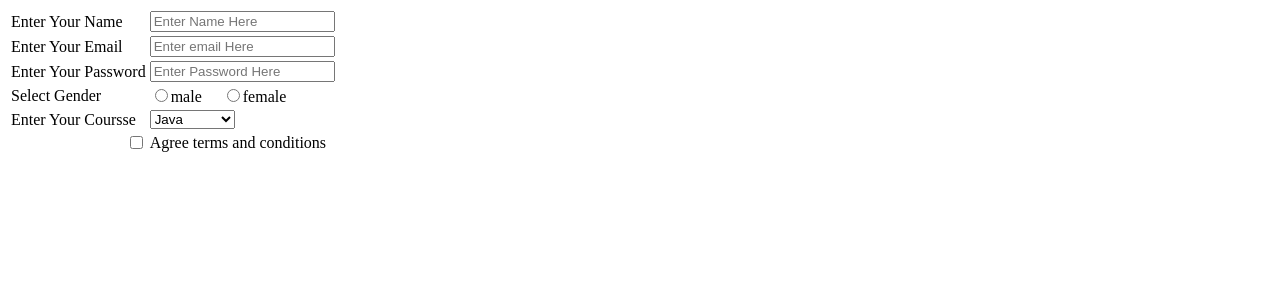
Repository: Attishgawali/JavaServletAndJSP
Page: DemoApp/src/main/webapp/form.html
The author's editor kept a copy of each file at every save. The page is drawn from the files as they stood at one save, then again after the next save.
The browser window is 1280 px wide. The pictures show the whole page.

Above is the page before, as saved 2023-07-01 17:16:28.

### DemoApp/src/main/webapp/form.html
<!DOCTYPE html>
<html>
<head>
<meta charset="UTF-8">
<title>Fill Form</title>
</head>
<body>
	<div class="form">
		<table>
			<tr>
				<td>Enter Your Name </td>
				<td><input type="text" name="studetn_name" placeholder="Enter Name Here"></td>
			</tr>

			<tr>
				<td>Enter Your Email </td>
				<td><input type="email" name="studetn_email" placeholder="Enter email Here"></td>
			</tr>

			<tr>
				<td>Enter Your Password </td>
				<td><input type="password" name="studetn_password" placeholder="Enter Password Here"></td>
			</tr>

			<tr>
				<td>Select Gender </td>
				<td><input type="radio" name="studetn_gender" value="male">male &nbsp; &nbsp; <input type="radio" name="studetn_gender" value="female">female</td>
			</tr>

			<tr>
				<td>Enter Your Coursse </td>
				<td>
					<select name="student_course">
						<option value="Java">Java</option>
						<option value="Python">Python</option>
						<option value="C++">C++</option>
						<option value="JavaScript">JavaScript</option>
					</select>
				</td>
			</tr>

			<tr>
				<td style="text-align: right">
					<input type="checkbox" value="checked" name="condition">
				</td>
				<td>
					Agree terms and conditions
				</td>
			</tr>
		</table>
	</div>

</body>
</html>

After the next save:
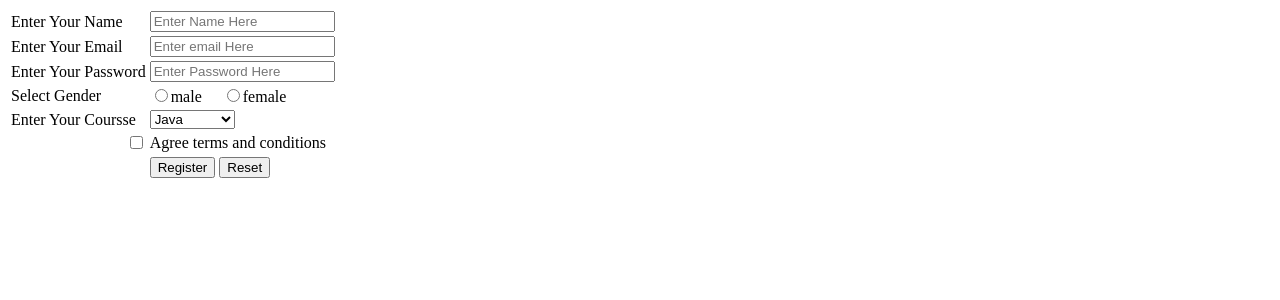
Saved 109 s later.
--- a/DemoApp/src/main/webapp/form.html
+++ b/DemoApp/src/main/webapp/form.html
@@ -47,6 +47,15 @@
 					Agree terms and conditions
 				</td>
 			</tr>
+
+			<tr>
+				<td></td>
+				<td>
+					<button type="submit">Register</button>
+					<button type="reset">Reset</button>
+				</td>
+			</tr>
+
 		</table>
 	</div>
 
